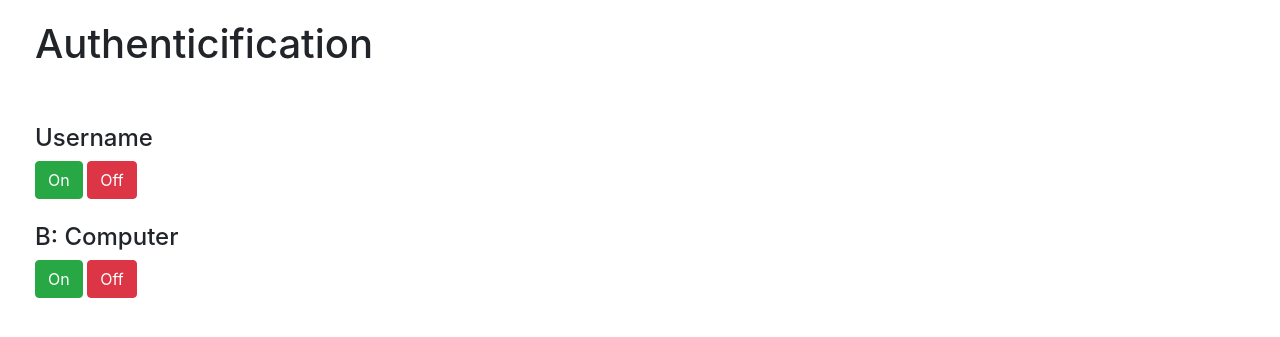
Repository: RobinWarth/Smart-Home-Solutions
Page: Code/Node/public/oauth.html
The author's editor kept a record of every edit. The page is drawn from the files as they stood at one moment, then again after the next edit.
The browser window is 1280 px wide. The pictures show the whole page.

Above is the page before.

### Code/Node/public/oauth.html
<!DOCTYPE html>
<html lang="en">

<head>

    <meta charset="utf-8">
    <meta name="viewport" content="width=device-width, initial-scale=1, shrink-to-fit=no">
    <meta name="description" content="">
    <meta name="author" content="">

    <title>Home Control</title>

    <!-- Bootstrap core CSS -->
    <link href="css/bootstrap.min.css" rel="stylesheet">

    <!-- Custom styles for this template -->
    <link href="css/simple-sidebar.css" rel="stylesheet">

</head>

<body>

    <div id="wrapper">



        <!-- Page Content -->
        <div id="page-content-wrapper">
            <div class="container-fluid">
                <h1>Authenticification</h1>
                <br>
                <br>

                <h4>Username</h4>
                <button type="button" id="buttonAon" class="btn btn-success">On</button>
                <button type="button" id="buttonAoff" class="btn btn-danger">Off</button>
                <br>
                <br>
                <h4>B: Computer</h4>
                <button type="button" id="buttonBon" class="btn btn-success">On</button>
                <button type="button" id="buttonBoff" class="btn btn-danger">Off</button>
                <br>
                <br>





            </div>
        </div>
        <!-- /#page-content-wrapper -->

    </div>
    <!-- /#wrapper -->



    <!-- Bootstrap core JavaScript -->
    <script src="js/jquery.min.js"></script>
    <script src="js/bootstrap.bundle.min.js"></script>

    <!-- Menu Toggle Script -->
    <script>
    $("#menu-toggle").click(function(e) {
        e.preventDefault();
        $("#wrapper").toggleClass("toggled");
    });
    </script>

    <script src="js/index.js"></script>

</body>

</html>

### Code/Node/public/css/simple-sidebar.css
/*!
 * Start Bootstrap - Simple Sidebar (https://startbootstrap.com/template-overviews/simple-sidebar)
 * Copyright 2013-2017 Start Bootstrap
 * Licensed under MIT (https://github.com/BlackrockDigital/startbootstrap-simple-sidebar/blob/master/LICENSE)
 */

body {
  overflow-x: hidden;
}

#wrapper {
  padding-left: 0;
  -webkit-transition: all 0.5s ease;
  -moz-transition: all 0.5s ease;
  -o-transition: all 0.5s ease;
  transition: all 0.5s ease;
}

#wrapper.toggled {
  padding-left: 250px;
}

#sidebar-wrapper {
  z-index: 1000;
  position: fixed;
  left: 250px;
  width: 0;
  height: 100%;
  margin-left: -250px;
  overflow-y: auto;
  background: #000;
  -webkit-transition: all 0.5s ease;
  -moz-transition: all 0.5s ease;
  -o-transition: all 0.5s ease;
  transition: all 0.5s ease;
}

#wrapper.toggled #sidebar-wrapper {
  width: 250px;
}

#page-content-wrapper {
  width: 100%;
  position: absolute;
  padding: 15px;
}

#wrapper.toggled #page-content-wrapper {
  position: absolute;
  margin-right: -250px;
}


/* Sidebar Styles */

.sidebar-nav {
  position: absolute;
  top: 0;
  width: 250px;
  margin: 0;
  padding: 0;
  list-style: none;
}

.sidebar-nav li {
  text-indent: 20px;
  line-height: 40px;
}

.sidebar-nav li a {
  display: block;
  text-decoration: none;
  color: #999999;
}

.sidebar-nav li a:hover {
  text-decoration: none;
  color: #fff;
  background: rgba(255, 255, 255, 0.2);
}

.sidebar-nav li a:active, .sidebar-nav li a:focus {
  text-decoration: none;
}

.sidebar-nav>.sidebar-brand {
  height: 65px;
  font-size: 18px;
  line-height: 60px;
}

.sidebar-nav>.sidebar-brand a {
  color: #999999;
}

.sidebar-nav>.sidebar-brand a:hover {
  color: #fff;
  background: none;
}

@media(min-width:768px) {
  #wrapper {
    padding-left: 0;
  }
  #wrapper.toggled {
    padding-left: 250px;
  }
  #sidebar-wrapper {
    width: 0;
  }
  #wrapper.toggled #sidebar-wrapper {
    width: 250px;
  }
  #page-content-wrapper {
    padding: 20px;
    position: relative;
  }
  #wrapper.toggled #page-content-wrapper {
    position: relative;
    margin-right: 0;
  }
}

### Code/Node/public/js/index.js
function postRaspberry(endpointId, status) {
    let url = window.location.href;
    let fullUrl = url + "input";

    let attempt = {
        endpointId: endpointId,
        properties: [{
            namespace: "Alexa.PowerController",
            name: "powerState",
            value: status,
            timeOfSample: "2017-09-03T16:20:50.52Z", //retrieve from result.
            uncertaintyInMilliseconds: 500
        }]
    };
    let attemptString = JSON.stringify(attempt);
    console.log(attemptString);


    jQuery.ajax({
        type: "POST",
        url: fullUrl,
        data: attemptString,
        success: callbackSuccess,
        dataType: "json",
        contentType: 'application/json'
    });
}

function callbackSuccess(data, status) {
    console.log("Data: " + data + "\nStatus: " + status);
}


jQuery("#buttonAon").click(function() {
    postRaspberry("wirelessSwitch1", "ON");
});

jQuery("#buttonAoff").click(function() {
    postRaspberry("wirelessSwitch1", "OFF");
});

jQuery("#buttonBon").click(function() {
    postRaspberry("wirelessSwitch2", "ON");
});

jQuery("#buttonBoff").click(function() {
    postRaspberry("wirelessSwitch2", "OFF");
});

jQuery("#buttonCon").click(function() {
    postRaspberry("wirelessSwitch3", "ON");
});

jQuery("#buttonCoff").click(function() {
    postRaspberry("wirelessSwitch3", "OFF");
});

jQuery("#buttonDon").click(function() {
    postRaspberry("wirelessSwitch4", "ON");
});

jQuery("#buttonDoff").click(function() {
    postRaspberry("wirelessSwitch4", "OFF");
});

jQuery("#buttonAllon").click(function() {
    postRaspberry("wirelessSwitch1", "ON"); //change
});

jQuery("#buttonAlloff").click(function() {
    postRaspberry("wirelessSwitch1", "OFF"); //change
});

Loaded but not shown: Code/Node/public/css/bootstrap.min.css (library); Code/Node/public/js/jquery.min.js (library); Code/Node/public/js/bootstrap.bundle.min.js (library)

After the next edit:
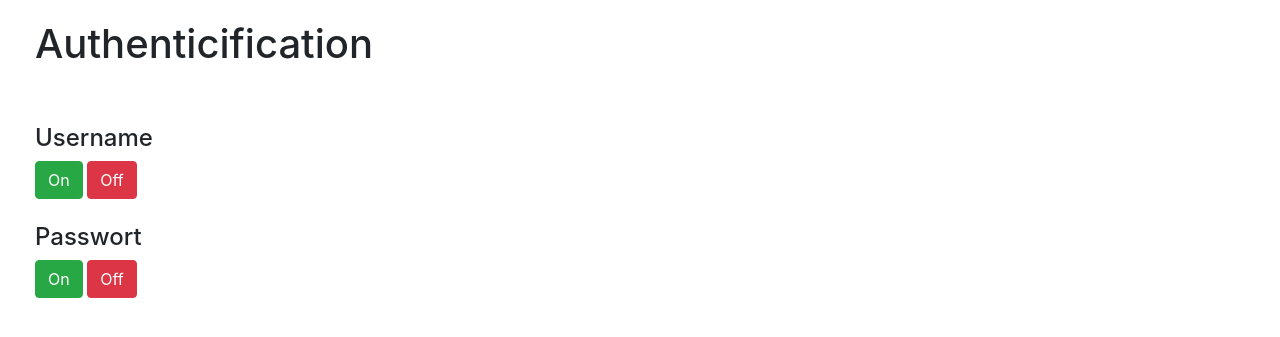
The edit:
--- a/Code/Node/public/oauth.html
+++ b/Code/Node/public/oauth.html
@@ -36,7 +36,7 @@
                 <button type="button" id="buttonAoff" class="btn btn-danger">Off</button>
                 <br>
                 <br>
-                <h4>B: Computer</h4>
+                <h4>Passwort</h4>
                 <button type="button" id="buttonBon" class="btn btn-success">On</button>
                 <button type="button" id="buttonBoff" class="btn btn-danger">Off</button>
                 <br>
